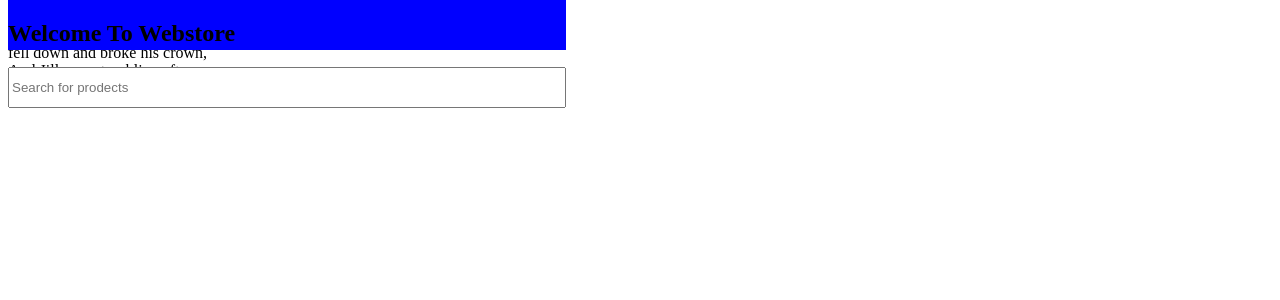
Repository: sourogithub/Final-yr-project-using-j2ee
Page: http://localhost/Webstore/JSP Pages/index.jsp
The author's editor kept a copy of each file at every save. The page is drawn from the files as they stood at one save, then again after the next save.
The browser window is 1280 px wide. The pictures show the whole page.
The page is served by Tomcat 9.

Above is the page before, as saved 2017-04-11 08:03:06.

### Webstore/WebContent/JSP Pages/index.jsp
<%@ page language="java" contentType="text/html; charset=ISO-8859-1"
    pageEncoding="ISO-8859-1"%>
<!DOCTYPE html PUBLIC "-//W3C//DTD HTML 4.01 Transitional//EN" "http://www.w3.org/TR/html4/loose.dtd">
<html>
<head>
<meta http-equiv="Content-Type" content="text/html; charset=ISO-8859-1">
<title>Webstore</title>
<div id="top"  style="background:blue; height:50px;position:absolute;top:0px">
<h2>Welcome To Webstore</h2>
<input type="text" placeholder="Search for prodects" required style=" border-width:2;width:550px;height:35px"></h2>
</div>
</head>
<body>

<div id="mydiv" style="width:200px;background:white" onmouseover="this.style.background='gray';" onmouseout="this.style.background='white';">
    Jack and Jill went up the hill
    To fetch a pail of water.
    Jack fell down and broke his crown,
    And Jill came tumbling after.
    </div>
</body>
</html>

After the next save:
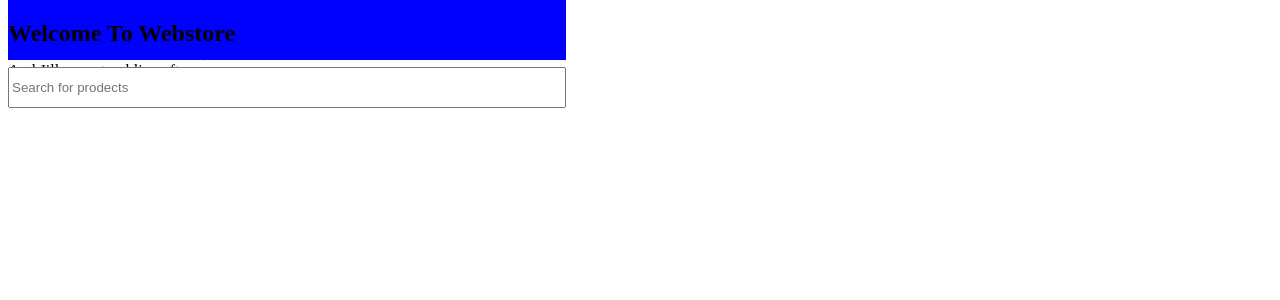
Saved 2 min 1 s later.
--- a/Webstore/WebContent/JSP Pages/index.jsp
+++ b/Webstore/WebContent/JSP Pages/index.jsp
@@ -5,7 +5,7 @@
 <head>
 <meta http-equiv="Content-Type" content="text/html; charset=ISO-8859-1">
 <title>Webstore</title>
-<div id="top"  style="background:blue; height:50px;position:absolute;top:0px">
+<div id="top"  style="background:blue; height:60px;position:absolute;top:0px;">
 <h2>Welcome To Webstore</h2>
 <input type="text" placeholder="Search for prodects" required style=" border-width:2;width:550px;height:35px"></h2>
 </div>
